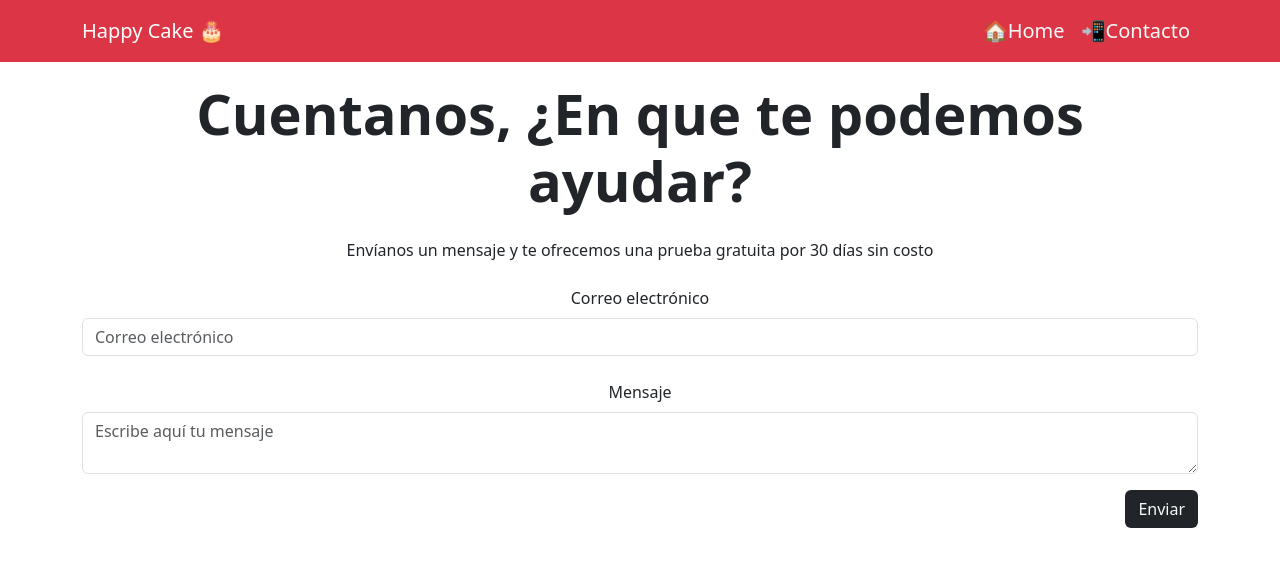
Repository: cvalenciapatagonia/Desafio-1-React-II
Page: /contacto
These files come from the project's save history. The page is drawn as it stood at one moment and after the next save; the edit follows.
The browser window is 1280 px wide. The pictures show the whole page.
The project was rebuilt for these pictures with package versions that can differ from the ones it lists, and the page was loaded fresh each time. Also part of the build but not shown: vite.config.js, src/views/Home.jsx.

Above is the page before, as saved 2023-09-22 13:30:18.

After the next save:
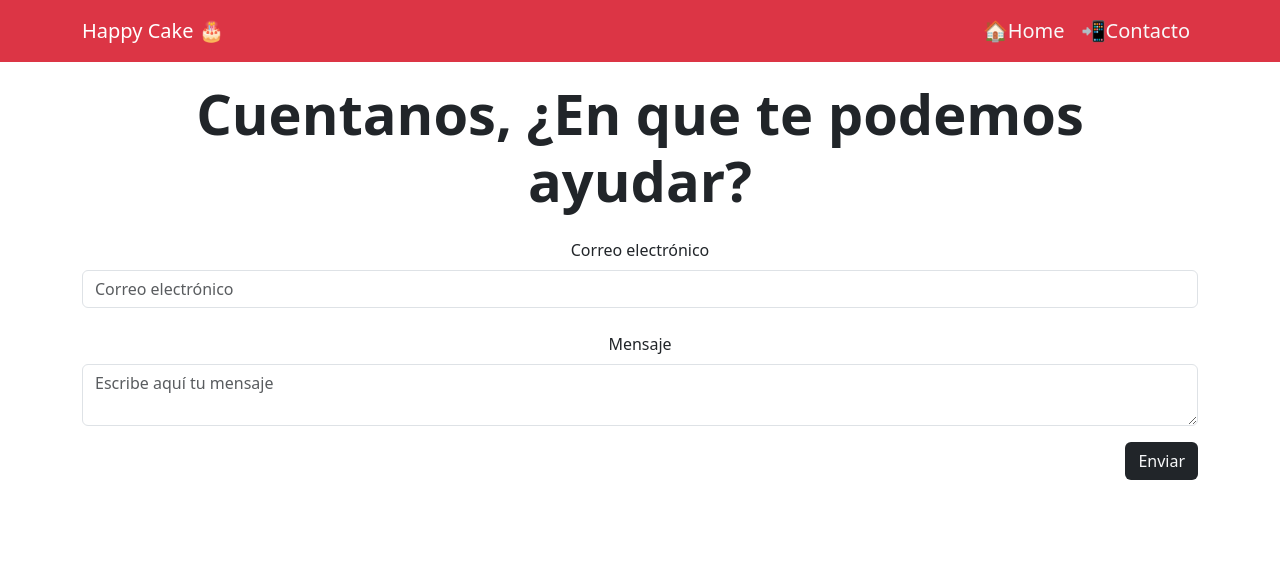
Saved 37 s later.
--- a/src/views/Contacto.jsx
+++ b/src/views/Contacto.jsx
@@ -7,11 +7,6 @@
         <section id="Contacto">
           <div className="form-container container my-5">
             <h2 className="display-4 fw-bold text-center my-4">Cuentanos, ¿En que te podemos ayudar?</h2>
-
-            <p className="text-center my-4 d-none d-md-block">
-              Envíanos un mensaje y te ofrecemos una prueba gratuita por 30 días
-              sin costo
-            </p>
 
             <form>
               <div className="form-group mb-4">
